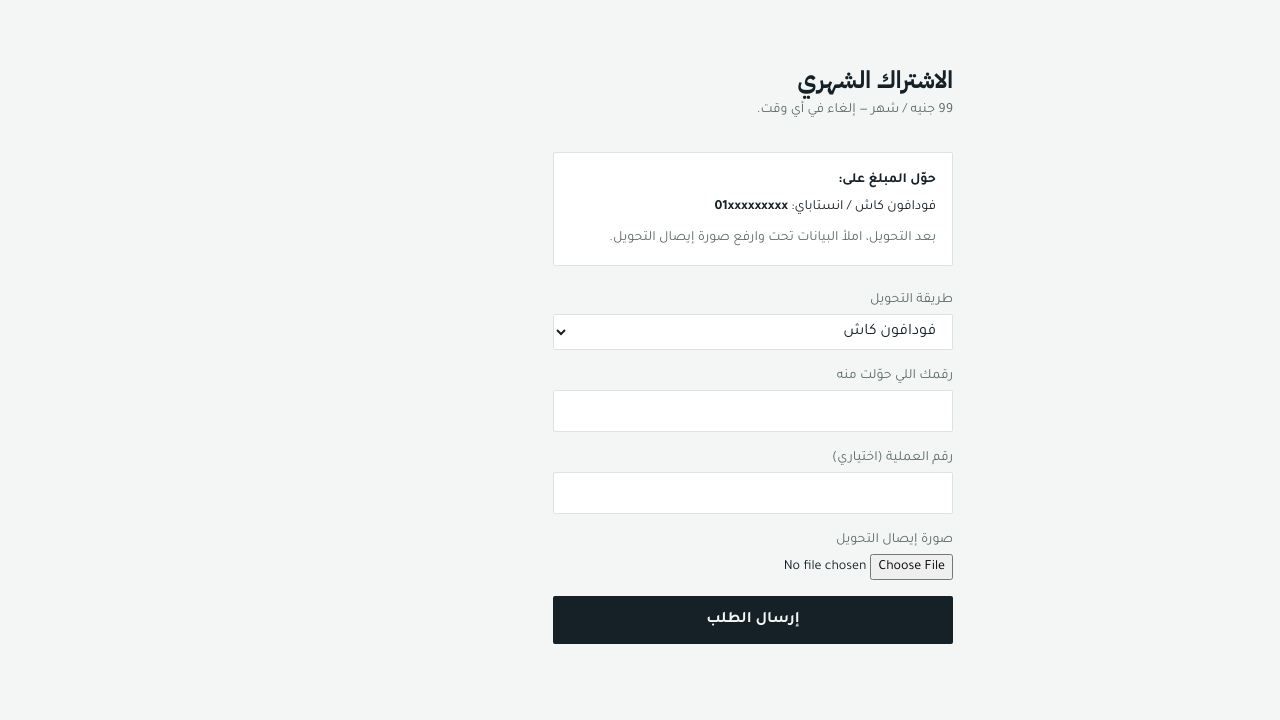
Repository: Omrtyurke123/forsa
Page: /subscribe
The author's editor kept a copy of each file at every save. The page is drawn from the files as they stood at one save, then again after a run of saves.
The browser window is 1280 px wide. The pictures show the whole page.
The project was rebuilt for these pictures with package versions that can differ from the ones it lists, and the page was loaded fresh each time. The framework's server and built-in components were replaced by stand-ins that run in the browser. Also part of the build but not shown: next.config.mjs.

Above is the page before, as saved 2026-10-13 20:47:46.

After the next 2 saves:
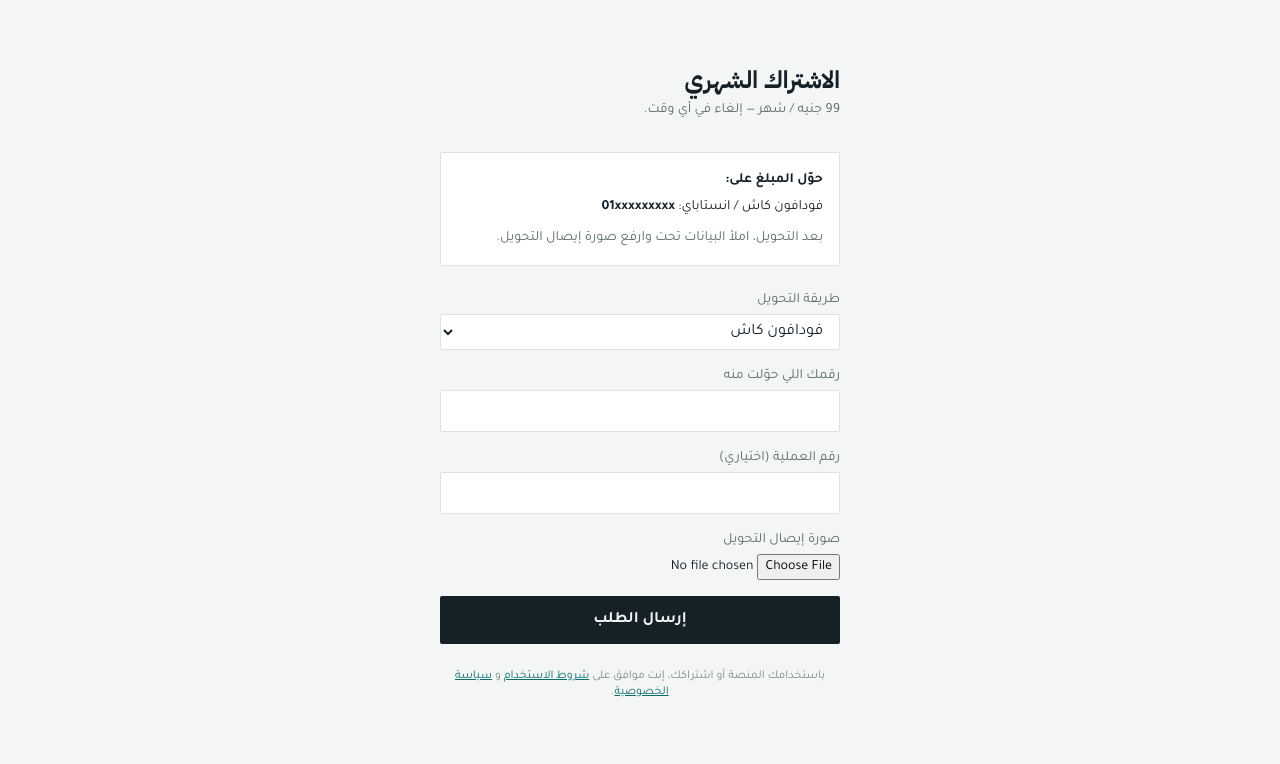
The 2 saves are shown as one change because they came seconds apart.
The last was saved 26 s later.
--- a/app/subscribe/page.js
+++ b/app/subscribe/page.js
@@ -109,6 +109,12 @@
           {status === "sending" ? "جاري الإرسال..." : "إرسال الطلب"}
         </button>
       </form>
+      <p className="text-xs text-ink/50 mt-6 text-center">
+  باستخدامك المنصة أو اشتراكك، إنت موافق على{" "}
+  <a href="/terms" className="text-teal underline">شروط الاستخدام</a>{" "}
+  و{" "}
+  <a href="/privacy" className="text-teal underline">سياسة الخصوصية</a>.
+</p>
     </main>
   );
 }

After the save that followed:
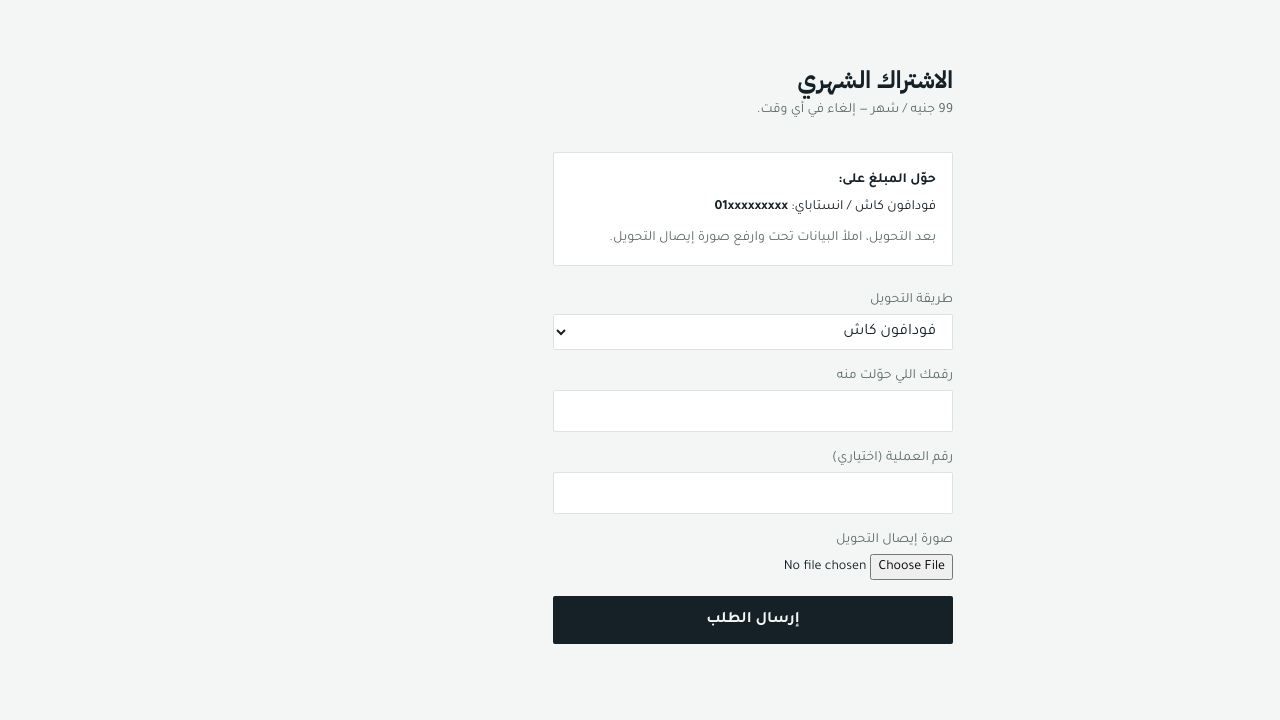
Saved 4 s later.
--- a/app/subscribe/page.js
+++ b/app/subscribe/page.js
@@ -109,12 +109,7 @@
           {status === "sending" ? "جاري الإرسال..." : "إرسال الطلب"}
         </button>
       </form>
-      <p className="text-xs text-ink/50 mt-6 text-center">
-  باستخدامك المنصة أو اشتراكك، إنت موافق على{" "}
-  <a href="/terms" className="text-teal underline">شروط الاستخدام</a>{" "}
-  و{" "}
-  <a href="/privacy" className="text-teal underline">سياسة الخصوصية</a>.
-</p>
+
     </main>
   );
 }
